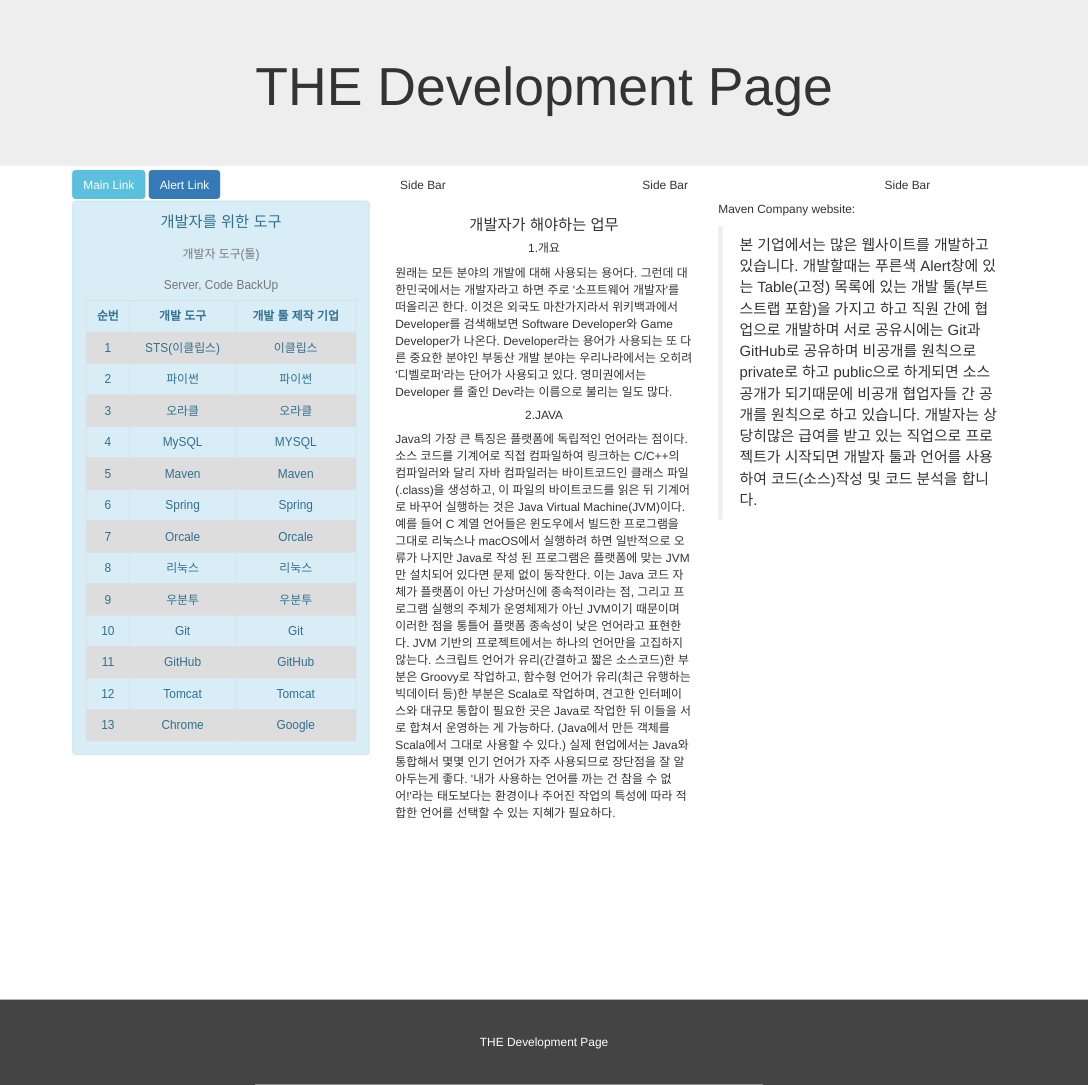
Repository: as2019a/spring
Page: http://localhost/ch19_project_mavenwebsite/WEB-INF/views/development.jsp
These files come from the project's save history. The page is drawn as it stood at one moment and after the next save; the edit follows.
The browser window is 1280 px wide. The pictures show the whole page, at 85% of full size.
Some web libraries are served in a nearby version. The page is served by Tomcat 9. Nobody is signed in. The template is opened directly, without the code that normally fills it, so the values that code supplies are empty.

Above is the page before, as saved 2019-01-30 08:26:47.

After the next save:
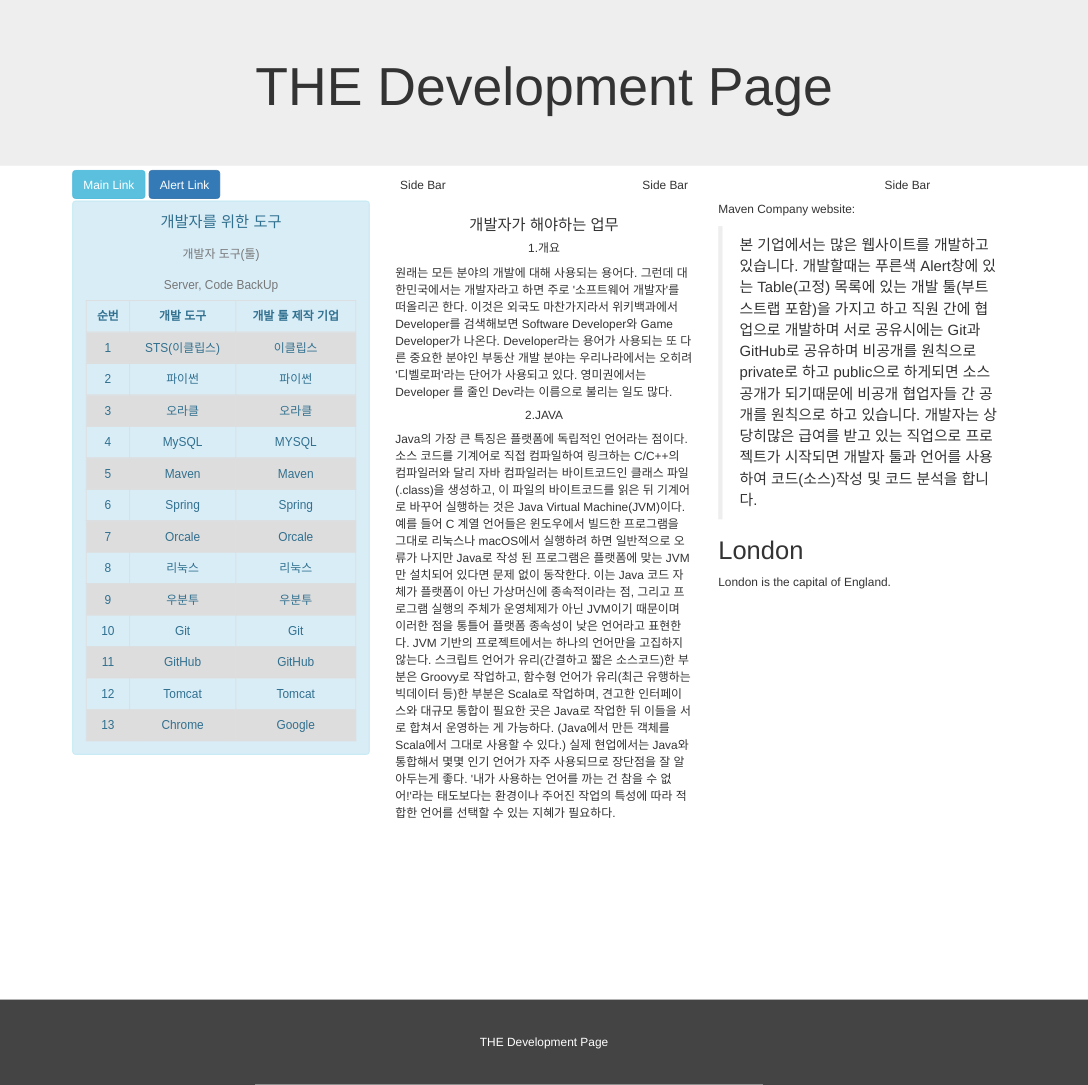
Saved 5 min 38 s later.
--- a/ch19_project_mavenwebsite/src/main/webapp/WEB-INF/views/development.jsp
+++ b/ch19_project_mavenwebsite/src/main/webapp/WEB-INF/views/development.jsp
@@ -192,6 +192,10 @@
 				프로젝트가 시작되면 개발자 툴과 언어를 사용하여 코드(소스)작성 및 코드 분석을
 				합니다.
 				</blockquote>
+				<div class="cmd">
+					<h2>London</h2>
+					<p>London is the capital of England.</p>
+				</div>
 	    	</div>
 	    </div>
 	  </div>
